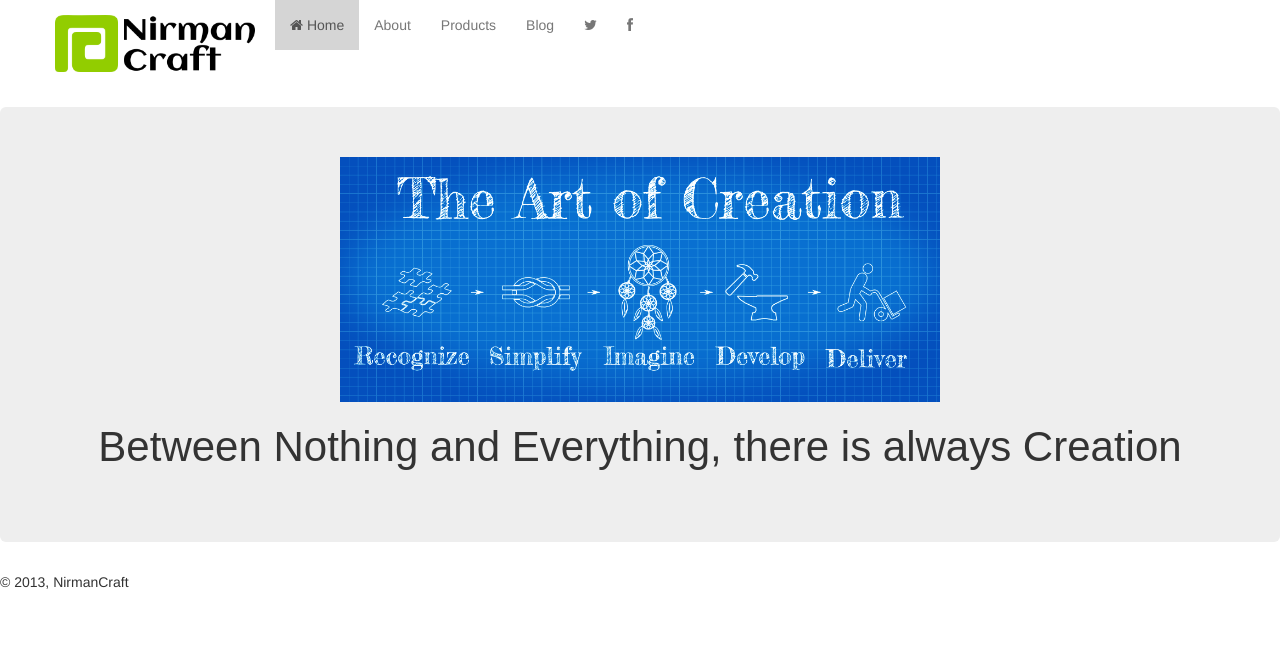
Repository: MeShreyas/NirmanCraftWebsite
Page: NirmanCraft/index.html
An editor plug-in stored every save of this project. The page is shown before and after the next save, followed by the edit.
The browser window is 1280 px wide. The pictures show the whole page.
Some web fonts or font styles are not loaded; a fallback is used.

Above is the page before, as saved 2013-10-07 12:10:10.
Console error: ReferenceError: jQuery is not defined

After the next save:
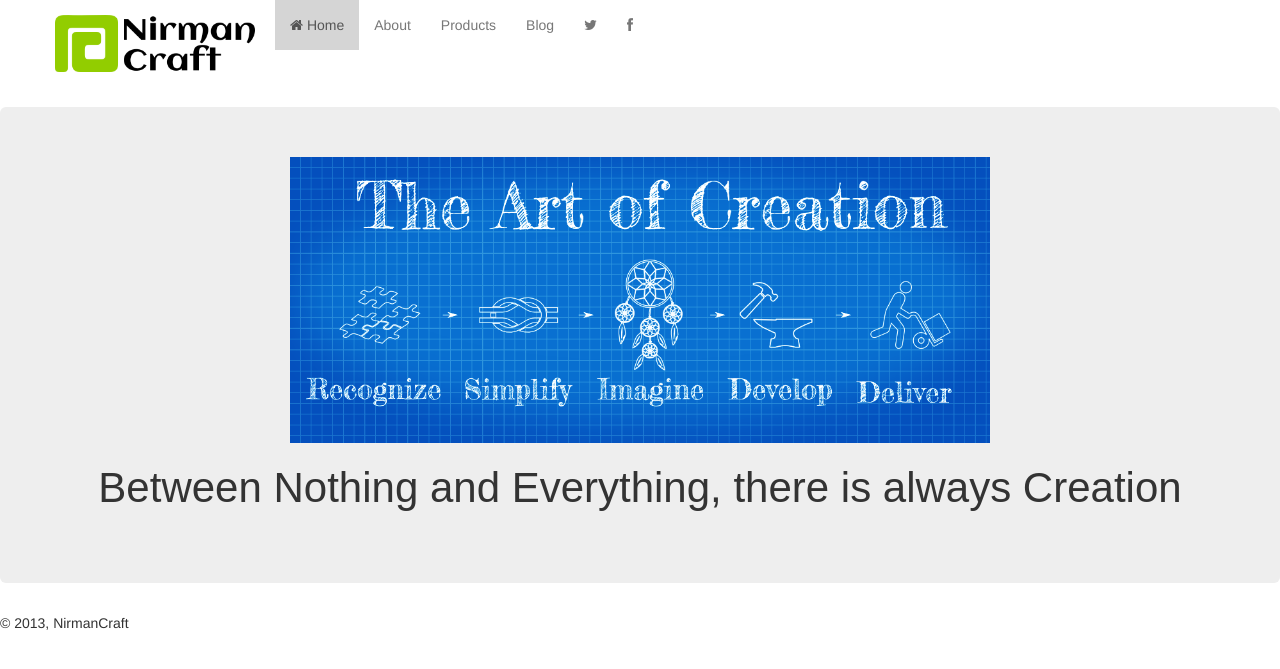
Saved 7 s later.
--- a/NirmanCraft/index.html
+++ b/NirmanCraft/index.html
@@ -61,7 +61,7 @@
 			<div class="container title-text">
 				<center>
 
-				<img src="images/finalbanner.png" width="600px"/><br/>
+				<img src="images/finalbanner.png" width="700px"/><br/>
 				Between Nothing and Everything, there is always Creation
 				</center>
 			</div>
